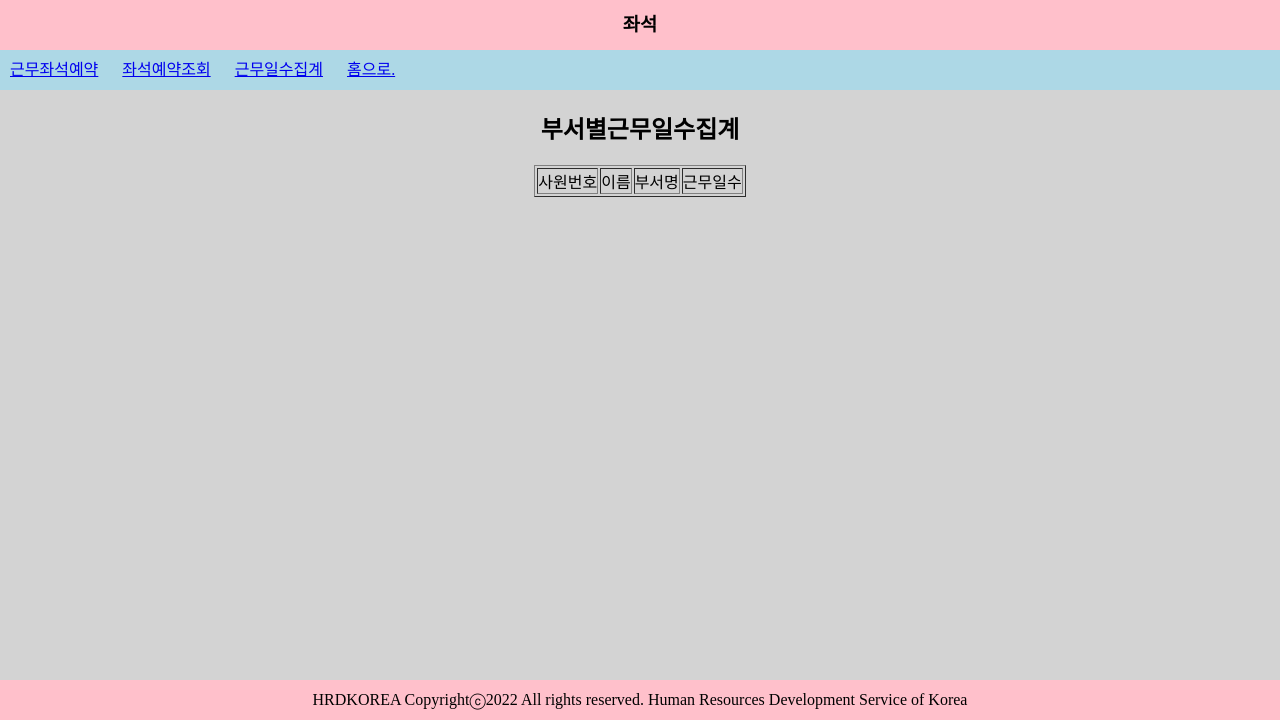
Repository: seowonjong/proje-ct
Page: http://localhost/seat/count.jsp
These files come from the project's save history. The page is drawn as it stood at one moment and after the next save; the edit follows.
The browser window is 1280 px wide. The pictures show the whole page.
The page is served by Tomcat 9. Queries for data that is not in the repository find no rows.

Above is the page before, as saved 2025-08-25 01:36:37.

After the next save:
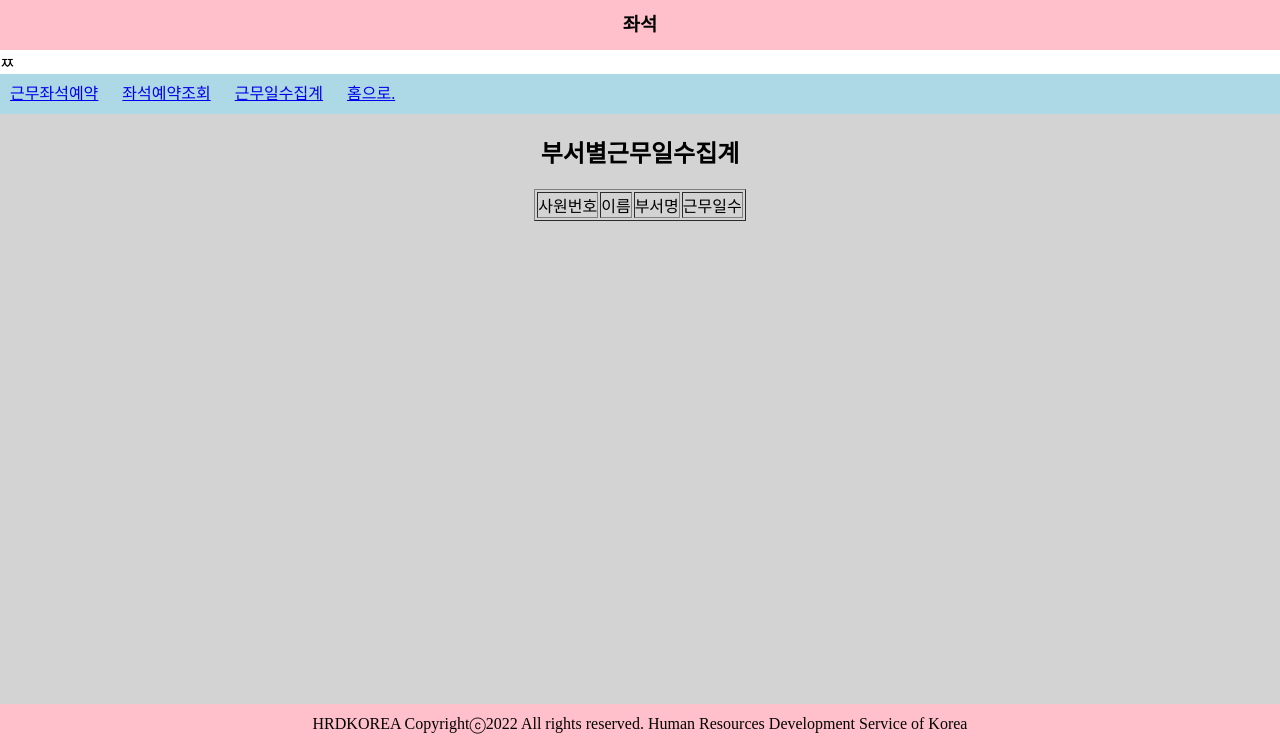
Saved 4 min 13 s later.
--- a/seat/src/main/webapp/header.jsp
+++ b/seat/src/main/webapp/header.jsp
@@ -18,6 +18,6 @@
 <body>
 <header>
 		<h3>좌석</h3>
-	</header>
+	</header>ㅉ
 </body>
 </html>

After the save that followed:
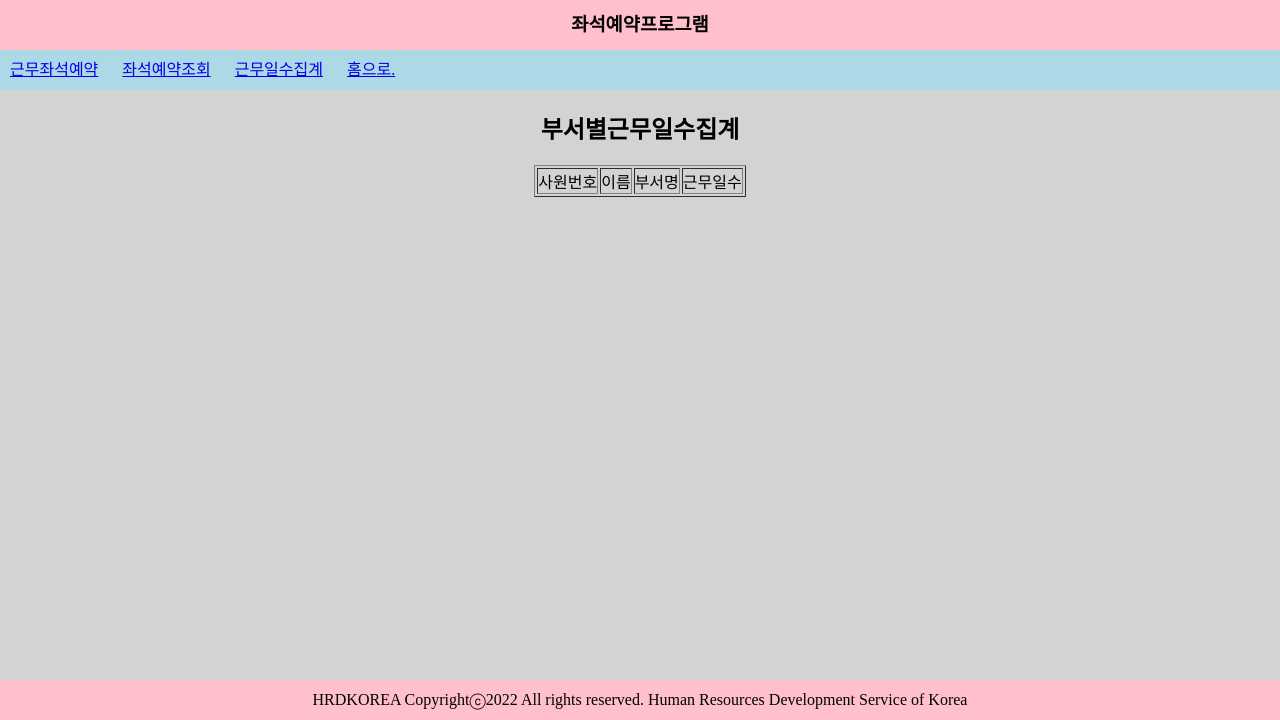
Saved 7 s later.
--- a/seat/src/main/webapp/header.jsp
+++ b/seat/src/main/webapp/header.jsp
@@ -17,7 +17,7 @@
 </head>
 <body>
 <header>
-		<h3>좌석</h3>
-	</header>ㅉ
+		<h3>좌석예약프로그램</h3>
+	</header>
 </body>
 </html>
